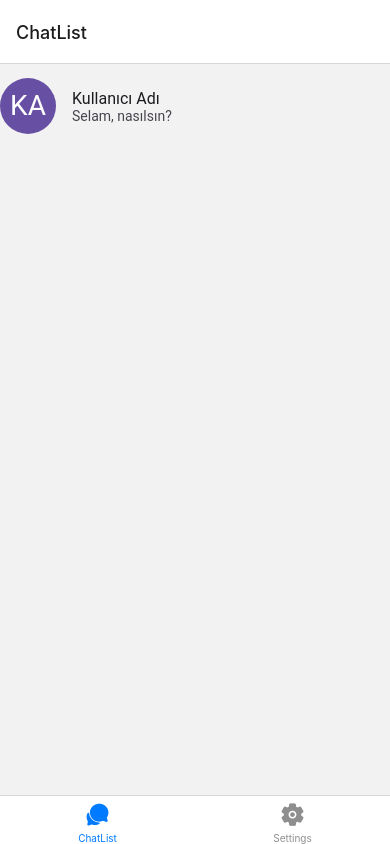
Repository: hgorkemtunc/React-Native-Chat-App
Screen: /
An editor plug-in stored every save of this project. The screen is shown before and after the next save, followed by the edit.
The app was drawn by React Native's web renderer in a window 390 px wide. The project was rebuilt for these pictures with package versions that can differ from the ones it lists, and the page was loaded fresh each time. Also part of the build but not shown: screens/Chat.js, screens/SignIn.js, screens/SignUp.js, screens/Settings.js.

Above is the screen before, as saved 2023-03-18 15:40:24.

### App.js
import React from "react";
import { Text } from "react-native";
import { NavigationContainer } from "@react-navigation/native";
import { createNativeStackNavigator } from "@react-navigation/native-stack";
import ChatList from "./screens/ChatList";
import Chat from "./screens/Chat";
import SignIn from "./screens/SignIn";
import SignUp from "./screens/SignUp";
import Settings from "./screens/Settings";
import { createBottomTabNavigator } from "@react-navigation/bottom-tabs";
import { Ionicons } from "@expo/vector-icons";
const Stack = createNativeStackNavigator();

const Tabs = createBottomTabNavigator();
const TabsNavigator = () => (
  <Tabs.Navigator
    screenOptions={({ route }) => ({
      tabBarIcon: ({ focused, color, size }) => {
        return (
          <Ionicons
            name={
              route.name === "ChatList" ? "ios-chatbubbles" : "ios-settings"
            }
            size={size}
            color={color}
          />
        );
      },
    })}
  >
    <Tabs.Screen name="ChatList" component={ChatList} />
    <Tabs.Screen name="Settings" component={Settings} />
  </Tabs.Navigator>
);

const App = () => {
  return (
    <NavigationContainer>
      <Stack.Navigator>
        <Stack.Screen
          name="Main"
          component={TabsNavigator}
          options={{ headerShown: false }}
        />
        <Stack.Screen name="Chat" component={Chat} />
        <Stack.Screen name="SignIn" component={SignIn} />
        <Stack.Screen name="SignUp" component={SignUp} />
      </Stack.Navigator>
    </NavigationContainer>
  );
};

export default App;

### screens/ChatList.js
import React from "react";
import {Text, View} from "react-native";
import {List, Avatar} from "react-native-paper";

const ChatList = () => {
    return (
        <View>
            <List.Item title="Kullanıcı Adı" description="Selam, nasılsın?" left={() => <Avatar.Text label="KA" size={56}/>}/>
        </View>
    );
};

export default ChatList;

After the next save:
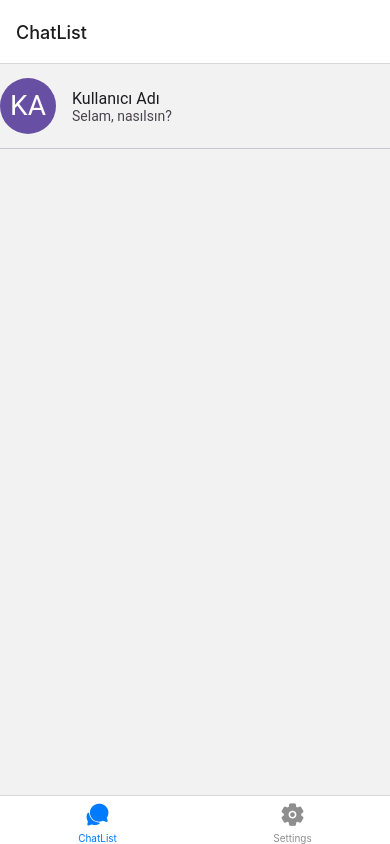
Saved 29 s later.
--- a/screens/ChatList.js
+++ b/screens/ChatList.js
@@ -1,13 +1,18 @@
 import React from "react";
-import {Text, View} from "react-native";
-import {List, Avatar} from "react-native-paper";
+import { Text, View } from "react-native";
+import { List, Avatar, Divider } from "react-native-paper";
 
 const ChatList = () => {
-    return (
-        <View>
-            <List.Item title="Kullanıcı Adı" description="Selam, nasılsın?" left={() => <Avatar.Text label="KA" size={56}/>}/>
-        </View>
-    );
+  return (
+    <View>
+      <List.Item
+        title="Kullanıcı Adı"
+        description="Selam, nasılsın?"
+        left={() => <Avatar.Text label="KA" size={56} />}
+      />
+        <Divider />
+    </View>
+  );
 };
 
 export default ChatList;
